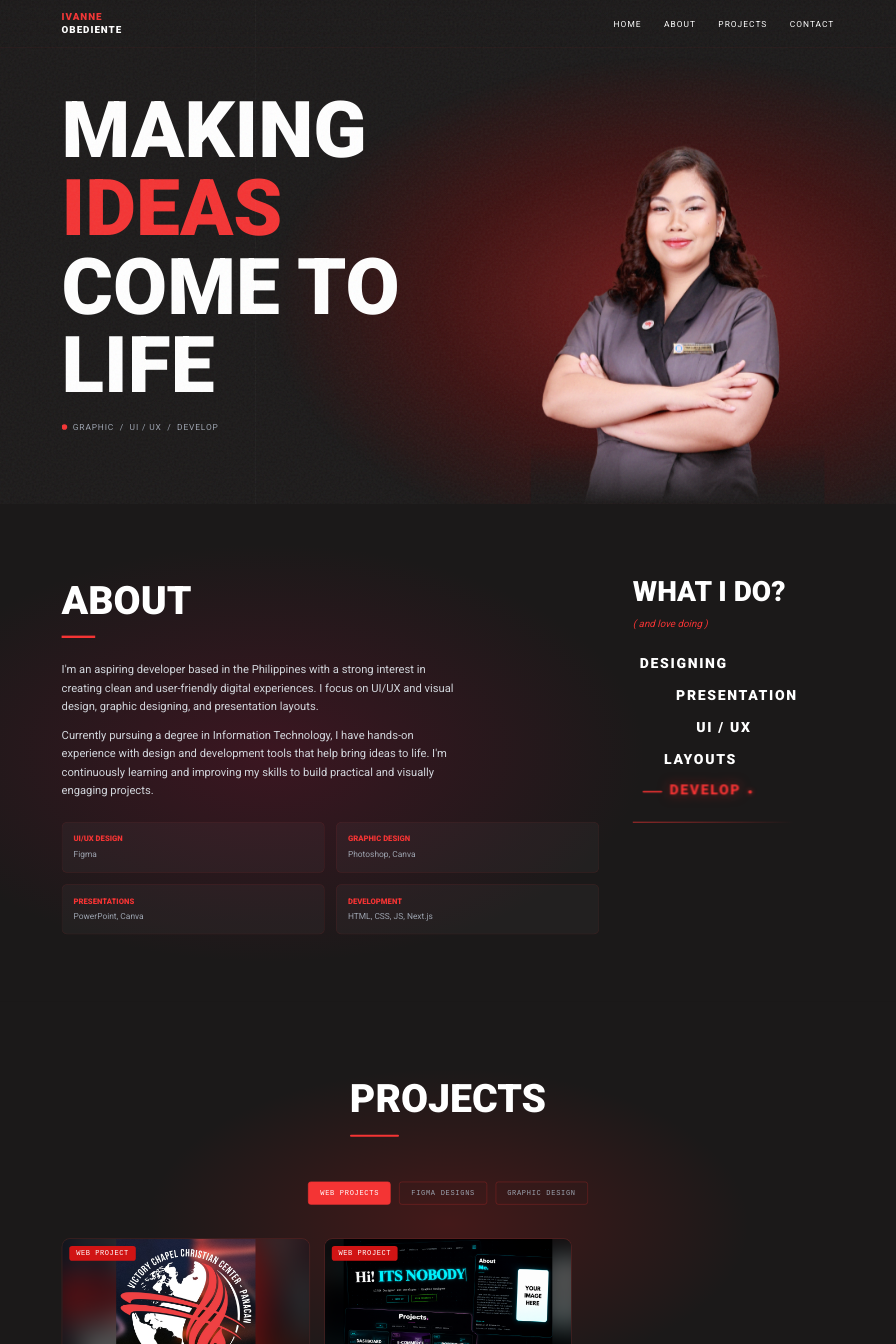
Repository: banbanny/my-portfolio
Page: /
These files come from the project's save history. The page is drawn as it stood at one moment and after the next save; the edit follows.
The browser window is 1280 px wide. The pictures show the part of the page from y = 0 to 1920 px (the page is 4275 px tall), at 70% of full size.
The project was rebuilt for these pictures with package versions that can differ from the ones it lists, and the page was loaded fresh each time. The framework's server and built-in components were replaced by stand-ins that run in the browser. Also part of the build but not shown: next.config.js.

Above is the page before, as saved 2026-05-07 13:57:55.

### src/app/layout.tsx
import type { Metadata } from "next";
import "./globals.css";

export const metadata: Metadata = {
  title: "Ivanne Obediente | Portfolio",
  description:
    "Aspiring developer based in the Philippines — design, UI/UX, and visual storytelling.",
};

export default function RootLayout({
  children,
}: {
  children: React.ReactNode;
}) {
  return (
    <html lang="en">
      <body>{children}</body>
    </html>
  );
}

### src/app/page.tsx
import Navbar from "@/components/Navbar";
import Hero from "@/components/Hero";
import About from "@/components/About";
import Projects from "@/components/Projects";
import Certifications from "@/components/Certifications";
import TechStack from "@/components/TechStack";
import Footer from "@/components/Footer";

export default function Home() {
  return (
    <main style={{ background: "#1B1919" }}>
      <Navbar />
      <Hero />
      <About />
      <Projects />
      <Certifications />
      <TechStack />
      <Footer />
    </main>
  );
}

### src/app/globals.css
@import url("https://fonts.googleapis.com/css2?family=Roboto:wght@400;900&display=swap");
@tailwind base;
@tailwind components;
@tailwind utilities;

:root {
  --bg: #1b1919;
  --white: #ffffff;
  --red-primary: #f43434;
  --red-dark: #d22828;
  --red-bright: #ff3c00;
  --red-accent: #ff0033;
}

* {
  margin: 0;
  padding: 0;
  box-sizing: border-box;
}

html {
  scroll-behavior: smooth;
}

body {
  background-color: var(--bg);
  color: var(--white);
  font-family: "Roboto", sans-serif;
  font-weight: 400;
  overflow-x: hidden;
}

/* ─── Noise texture overlay ─── */
body::before {
  content: "";
  position: fixed;
  inset: 0;
  background-image: url("data:[embedded picture, 306 characters]");
  pointer-events: none;
  z-index: 9999;
  opacity: 10;
}

/* ─── Red glow blob (hero background) ─── */
.hero-glow {
  background: radial-gradient(
    ellipse 60% 55% at 80% 50%,
    rgba(210, 40, 40, 0.55) 0%,
    rgba(255, 60, 0, 0.25) 45%,
    transparent 75%
  );
}

/* ─── Section red glow (bottom sections) ─── */
.section-glow {
  background: radial-gradient(
    ellipse 70% 50% at 50% 100%,
    rgba(210, 40, 40, 0.3) 0%,
    transparent 70%
  );
}

/* ─── Typography utilities ─── */
.font-black-roboto {
  font-family: "Roboto", sans-serif;
  font-weight: 900;
}

.text-red {
  color: var(--red-primary);
}

/* ─── Divider line ─── */
.divider {
  height: 2px;
  background: var(--red-primary);
  width: 100%;
}

/* ─── Vertical label (ABOUT) ─── */
.vertical-label {
  writing-mode: vertical-rl;
  text-orientation: mixed;
  transform: rotate(180deg);
  letter-spacing: 0.3em;
  font-weight: 900;
  font-size: 1.1rem;
}

/* ─── Card white box ─── */
.card-white {
  background: #ffffff;
  color: #1b1919;
  border-radius: 4px;
}

/* ─── Navbar link hover ─── */
.nav-link {
  position: relative;
  font-size: 0.75rem;
  letter-spacing: 0.12em;
  text-transform: uppercase;
  transition: color 0.2s;
}
.nav-link::after {
  content: "";
  position: absolute;
  left: 0;
  bottom: -2px;
  width: 0;
  height: 1px;
  background: var(--red-primary);
  transition: width 0.25s;
}
.nav-link:hover {
  color: var(--red-primary);
}
.nav-link:hover::after {
  width: 100%;
}

/* ─── Tech stack / cert card hover ─── */
.stack-card {
  border: 1px solid rgba(244, 52, 52, 0.3);
  transition: border-color 0.2s, transform 0.2s;
}
.stack-card:hover {
  border-color: var(--red-primary);
  transform: translateY(-2px);
}

/* ─── Project card hover ─── */
.project-card {
  transition: transform 0.2s, box-shadow 0.2s;
}
.project-card:hover {
  transform: translateY(-4px);
  box-shadow: 0 8px 30px rgba(244, 52, 52, 0.25);
}

/* ─── Scroll fade-in animation ─── */
@keyframes fadeUp {
  from {
    opacity: 0;
    transform: translateY(24px);
  }
  to {
    opacity: 1;
    transform: translateY(0);
  }
}
.animate-fadeUp {
  animation: fadeUp 0.6s ease forwards;
}

### src/components/Navbar.tsx
"use client";

import { useState } from "react";

const links = [
  { label: "Home", href: "#home" },
  { label: "About", href: "#about" },
  { label: "Projects", href: "#projects" },
  { label: "Contact", href: "#contact" },
];

export default function Navbar() {
  const [menuOpen, setMenuOpen] = useState(false);

  return (
    <header
      className="fixed top-0 left-0 w-full z-50"
      style={{
        background:
          "linear-gradient(180deg, rgba(27,25,25,0.98) 0%, rgba(27,25,25,0.85) 100%)",
        backdropFilter: "blur(6px)",
        borderBottom: "1px solid rgba(244,52,52,0.1)",
      }}
    >
      <div className="max-w-6xl mx-auto px-6 py-4 flex items-center justify-between">
        {/* Logo / Name */}
        <div>

          <p
            className="font-black-roboto text-sm tracking-widest uppercase leading-tight"
            style={{ color: "#F43434" }}
          >
            Ivanne
          </p>
          <p className="font-black-roboto text-sm tracking-widest uppercase leading-tight text-white">
            Obediente
          </p>
        </div>

        {/* Desktop Nav */}
        <nav className="hidden md:flex items-center gap-8">
          {links.map((link) => (
            <a key={link.href} href={link.href} className="nav-link text-white">
              {link.label}
            </a>
          ))}
        </nav>

        {/* Mobile Hamburger */}
        <button
          className="md:hidden flex flex-col gap-1.5 p-2"
          onClick={() => setMenuOpen(!menuOpen)}
          aria-label="Toggle menu"
        >
          <span
            className="block w-6 h-0.5 bg-white transition-transform"
            style={menuOpen ? { transform: "rotate(45deg) translate(3px, 3px)" } : {}}
          />
          <span
            className="block w-6 h-0.5 bg-white transition-opacity"
            style={menuOpen ? { opacity: 0 } : {}}
          />
          <span
            className="block w-6 h-0.5 bg-white transition-transform"
            style={menuOpen ? { transform: "rotate(-45deg) translate(3px, -3px)" } : {}}
          />
        </button>
      </div>

      {/* Mobile Menu */}
      {menuOpen && (
        <div
          className="md:hidden px-6 pb-6 flex flex-col gap-5"
          style={{ background: "rgba(27,25,25,0.98)" }}
        >
          {links.map((link) => (
            <a
              key={link.href}
              href={link.href}
              className="nav-link text-white text-sm"
              onClick={() => setMenuOpen(false)}
            >
              {link.label}
            </a>
          ))}
        </div>
      )}
    </header>
  );
}

### src/components/Hero.tsx
"use client";
import Image from "next/image";
import { useEffect, useState } from "react";

export default function Hero() {
  const [mounted, setMounted] = useState(false);
  useEffect(() => { setMounted(true); }, []);

  return (
    <section
      id="home"
      className="relative overflow-hidden"
      style={{ background: "#1B1919", minHeight: "100svh" }}
    >
      <style>{`
        @keyframes fadeInUp { from { opacity:0; transform:translateY(40px); } to { opacity:1; transform:translateY(0); } }
        @keyframes fadeInRight { from { opacity:0; transform:translateX(60px); } to { opacity:1; transform:translateX(0); } }
        @keyframes fadeIn { from { opacity:0; } to { opacity:1; } }
        @keyframes glowPulse { 0%,100% { opacity:0.85; } 50% { opacity:1; } }
        .hero-glow   { animation: fadeIn 1.2s ease forwards, glowPulse 4s ease-in-out 1.2s infinite; }
        .hero-photo  { animation: fadeInRight 1s cubic-bezier(0.22,1,0.36,1) 0.2s both; }
        .hero-line-1 { animation: fadeInUp 0.7s cubic-bezier(0.22,1,0.36,1) 0.3s both; }
        .hero-line-2 { animation: fadeInUp 0.7s cubic-bezier(0.22,1,0.36,1) 0.45s both; }
        .hero-line-3 { animation: fadeInUp 0.7s cubic-bezier(0.22,1,0.36,1) 0.6s both; }
        .hero-line-4 { animation: fadeInUp 0.7s cubic-bezier(0.22,1,0.36,1) 0.75s both; }
        .hero-tags   { animation: fadeInUp 0.7s cubic-bezier(0.22,1,0.36,1) 0.95s both; }
      `}</style>

      {/* Red radial glow */}
      <div
        className="absolute inset-0 pointer-events-none hero-glow"
        style={{
          background: "radial-gradient(ellipse 65% 70% at 75% 60%, rgba(143,29,29,0.81) 0%, rgba(124,9,9,0.4) 40%, transparent 70%)",
          opacity: mounted ? undefined : 0,
        }}
        aria-hidden="true"
      />

      {/* PHOTO */}
      <div
        className="absolute bottom-0 right-0 md:right-[8%] hero-photo"
        style={{
          width: "clamp(160px, 50vw, 420px)",
          height: "80vh",
          zIndex: 1,
          opacity: mounted ? undefined : 0,
        }}
      >
        <Image src="/hero.png" fill alt="Ivanne Obediente" className="object-cover object-top" priority />
        {/* Mobile: dark left gradient so text stays readable */}
        <div className="absolute inset-0 md:hidden" style={{ background: "linear-gradient(to right, #1B1919 30%, transparent 100%)" }} />
        {/* Bottom fade */}
        <div className="absolute inset-0" style={{ background: "linear-gradient(to bottom, transparent 85%, #1B1919 100%)" }} />
      </div>

      {/* CONTENT — vertically centered, tight padding on mobile */}
      <div
        className="relative max-w-6xl mx-auto px-6 w-full flex flex-col justify-center"
        style={{
          minHeight: "100svh",
          zIndex: 2,
          paddingTop: "clamp(70px, 12vh, 120px)",
          paddingBottom: "clamp(40px, 8vh, 80px)",
        }}
      >
        <div className="max-w-lg">
          <h1
            className="font-black-roboto uppercase leading-none"
            style={{ fontSize: "clamp(2.5rem, 11vw, 7rem)" }}
          >
            <span className="text-white block hero-line-1" style={{ opacity: mounted ? undefined : 0 }}>MAKING</span>
            <span className="block hero-line-2" style={{ color: "#F43434", opacity: mounted ? undefined : 0 }}>IDEAS</span>
            <span className="text-white block hero-line-3" style={{ opacity: mounted ? undefined : 0 }}>COME TO</span>
            <span className="text-white block hero-line-4" style={{ opacity: mounted ? undefined : 0 }}>LIFE</span>
          </h1>
          <div
            className="flex flex-wrap items-center gap-2 mt-4 md:mt-6 text-xs text-gray-400 tracking-widest uppercase hero-tags"
            style={{ opacity: mounted ? undefined : 0 }}
          >
            <span className="inline-block w-2 h-2 rounded-full" style={{ background: "#f43434" }} />
            <span>Graphic</span><span>/</span><span>UI / UX</span><span>/</span><span>Develop</span>
          </div>
        </div>
      </div>
    </section>
  );
}

### tailwind.config.ts
import type { Config } from "tailwindcss";

const config: Config = {
  content: [
    "./src/pages/**/*.{js,ts,jsx,tsx,mdx}",
    "./src/components/**/*.{js,ts,jsx,tsx,mdx}",
    "./src/app/**/*.{js,ts,jsx,tsx,mdx}",
  ],
  theme: {
    extend: {
      colors: {
        background: "#1B1919",
        red: {
          primary: "#F43434",
          dark: "#D22828",
          bright: "#FF3C00",
          accent: "#FF0033",
        },
      },
      fontFamily: {
        roboto: ["Roboto", "sans-serif"],
      },
    },
  },
  plugins: [],
};
export default config;

Loaded but not shown: src/components/Certifications.tsx (272 lines, source omitted); src/components/Projects.tsx (162 lines, source omitted); src/components/About.tsx (122 lines, source omitted); src/components/Footer.tsx (100 lines, source omitted); src/components/TechStack.tsx (197 lines, source omitted)

After the next save:
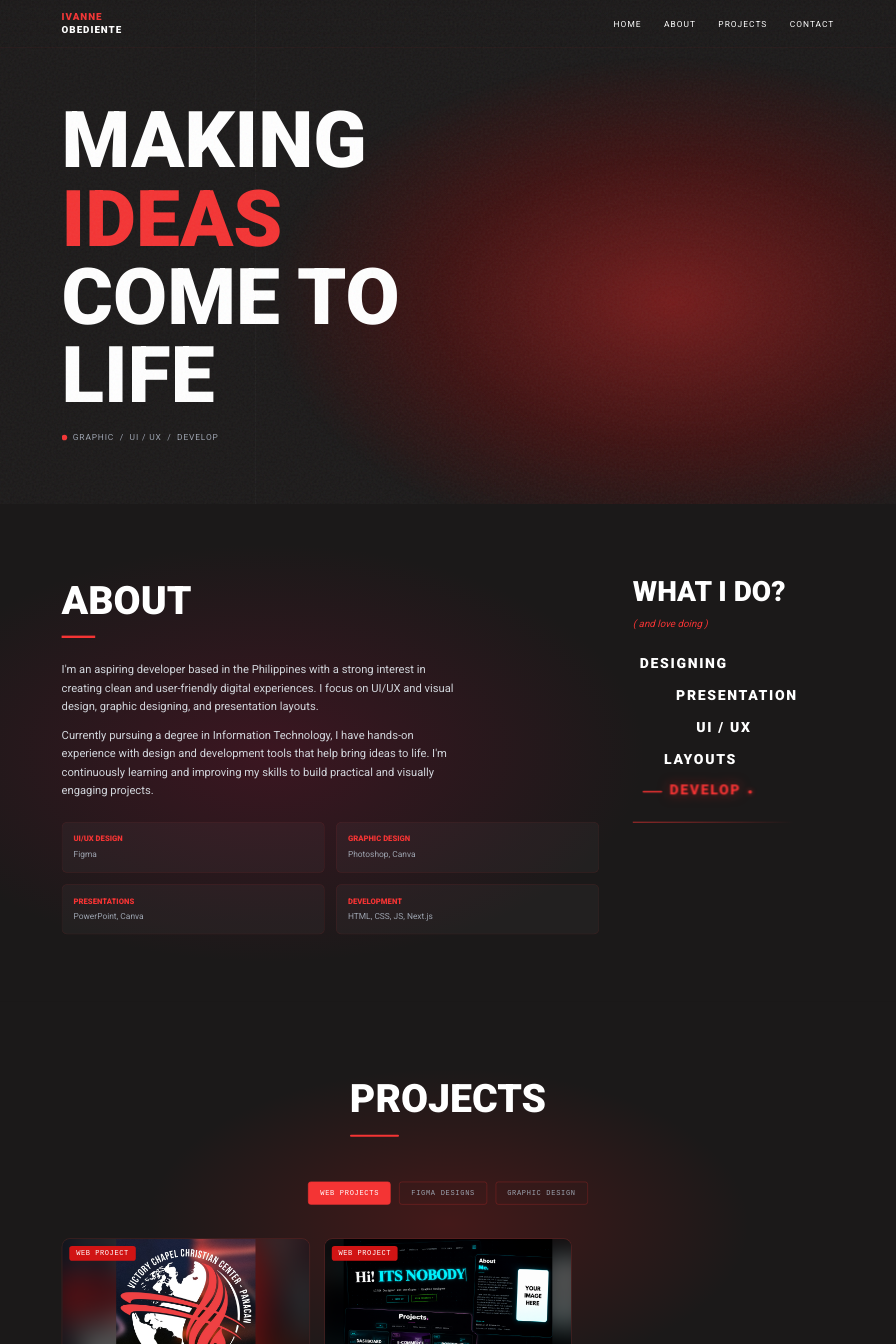
Saved 3 min 32 s later.
--- a/src/components/Hero.tsx
+++ b/src/components/Hero.tsx
@@ -10,7 +10,7 @@ export default function Hero() {
     <section
       id="home"
       className="relative overflow-hidden"
-      style={{ background: "#1B1919", minHeight: "100svh" }}
+      style={{ background: "#1B1919" }}
     >
       <style>{`
         @keyframes fadeInUp { from { opacity:0; transform:translateY(40px); } to { opacity:1; transform:translateY(0); } }
@@ -24,6 +24,7 @@ export default function Hero() {
         .hero-line-3 { animation: fadeInUp 0.7s cubic-bezier(0.22,1,0.36,1) 0.6s both; }
         .hero-line-4 { animation: fadeInUp 0.7s cubic-bezier(0.22,1,0.36,1) 0.75s both; }
         .hero-tags   { animation: fadeInUp 0.7s cubic-bezier(0.22,1,0.36,1) 0.95s both; }
+        .hero-img-mobile { animation: fadeInUp 0.9s cubic-bezier(0.22,1,0.36,1) 1.1s both; }
       `}</style>
 
       {/* Red radial glow */}
@@ -36,49 +37,78 @@ export default function Hero() {
         aria-hidden="true"
       />
 
-      {/* PHOTO */}
+      {/* DESKTOP PHOTO — absolute, right side, hidden on mobile */}
       <div
-        className="absolute bottom-0 right-0 md:right-[8%] hero-photo"
+        className="hidden md:block absolute bottom-0 right-0 md:right-[8%] hero-photo"
         style={{
-          width: "clamp(160px, 50vw, 420px)",
-          height: "80vh",
+          width: "clamp(280px, 35vw, 420px)",
+          height: "85vh",
           zIndex: 1,
           opacity: mounted ? undefined : 0,
         }}
       >
         <Image src="/hero.png" fill alt="Ivanne Obediente" className="object-cover object-top" priority />
-        {/* Mobile: dark left gradient so text stays readable */}
-        <div className="absolute inset-0 md:hidden" style={{ background: "linear-gradient(to right, #1B1919 30%, transparent 100%)" }} />
-        {/* Bottom fade */}
         <div className="absolute inset-0" style={{ background: "linear-gradient(to bottom, transparent 85%, #1B1919 100%)" }} />
       </div>
 
-      {/* CONTENT — vertically centered, tight padding on mobile */}
+      {/* CONTENT WRAPPER */}
       <div
-        className="relative max-w-6xl mx-auto px-6 w-full flex flex-col justify-center"
-        style={{
-          minHeight: "100svh",
-          zIndex: 2,
-          paddingTop: "clamp(70px, 12vh, 120px)",
-          paddingBottom: "clamp(40px, 8vh, 80px)",
-        }}
+        className="relative flex flex-col md:block"
+        style={{ zIndex: 2 }}
       >
-        <div className="max-w-lg">
-          <h1
-            className="font-black-roboto uppercase leading-none"
-            style={{ fontSize: "clamp(2.5rem, 11vw, 7rem)" }}
+        {/* Text section */}
+        <div
+          className="max-w-6xl mx-auto px-6 w-full flex flex-col justify-center"
+          style={{
+            minHeight: "100svh",
+            paddingTop: "clamp(70px, 12vh, 120px)",
+            paddingBottom: "clamp(20px, 4vh, 40px)",
+          }}
+        >
+          <div className="max-w-lg">
+            <h1
+              className="font-black-roboto uppercase leading-none"
+              style={{ fontSize: "clamp(2.5rem, 11vw, 7rem)" }}
+            >
+              <span className="text-white block hero-line-1" style={{ opacity: mounted ? undefined : 0 }}>MAKING</span>
+              <span className="block hero-line-2" style={{ color: "#F43434", opacity: mounted ? undefined : 0 }}>IDEAS</span>
+              <span className="text-white block hero-line-3" style={{ opacity: mounted ? undefined : 0 }}>COME TO</span>
+              <span className="text-white block hero-line-4" style={{ opacity: mounted ? undefined : 0 }}>LIFE</span>
+            </h1>
+            <div
+              className="flex flex-wrap items-center gap-2 mt-4 md:mt-6 text-xs text-gray-400 tracking-widest uppercase hero-tags"
+              style={{ opacity: mounted ? undefined : 0 }}
+            >
+              <span className="inline-block w-2 h-2 rounded-full" style={{ background: "#f43434" }} />
+              <span>Graphic</span><span>/</span><span>UI / UX</span><span>/</span><span>Develop</span>
+            </div>
+          </div>
+        </div>
+
+        {/* MOBILE PHOTO — shows below text, hidden on desktop */}
+        <div
+          className="md:hidden w-full hero-img-mobile"
+          style={{ opacity: mounted ? undefined : 0 }}
+        >
+          <div
+            style={{
+              position: "relative",
+              width: "100%",
+              height: "clamp(280px, 70vw, 420px)",
+            }}
           >
-            <span className="text-white block hero-line-1" style={{ opacity: mounted ? undefined : 0 }}>MAKING</span>
-            <span className="block hero-line-2" style={{ color: "#F43434", opacity: mounted ? undefined : 0 }}>IDEAS</span>
-            <span className="text-white block hero-line-3" style={{ opacity: mounted ? undefined : 0 }}>COME TO</span>
-            <span className="text-white block hero-line-4" style={{ opacity: mounted ? undefined : 0 }}>LIFE</span>
-          </h1>
-          <div
-            className="flex flex-wrap items-center gap-2 mt-4 md:mt-6 text-xs text-gray-400 tracking-widest uppercase hero-tags"
-            style={{ opacity: mounted ? undefined : 0 }}
-          >
-            <span className="inline-block w-2 h-2 rounded-full" style={{ background: "#f43434" }} />
-            <span>Graphic</span><span>/</span><span>UI / UX</span><span>/</span><span>Develop</span>
+            <Image
+              src="/hero.png"
+              fill
+              alt="Ivanne Obediente"
+              className="object-cover object-top"
+              priority
+            />
+            {/* Top fade to blend with text section */}
+            <div
+              className="absolute inset-0"
+              style={{ background: "linear-gradient(to bottom, #1B1919 0%, transparent 20%, transparent 80%, #1B1919 100%)" }}
+            />
           </div>
         </div>
       </div>
